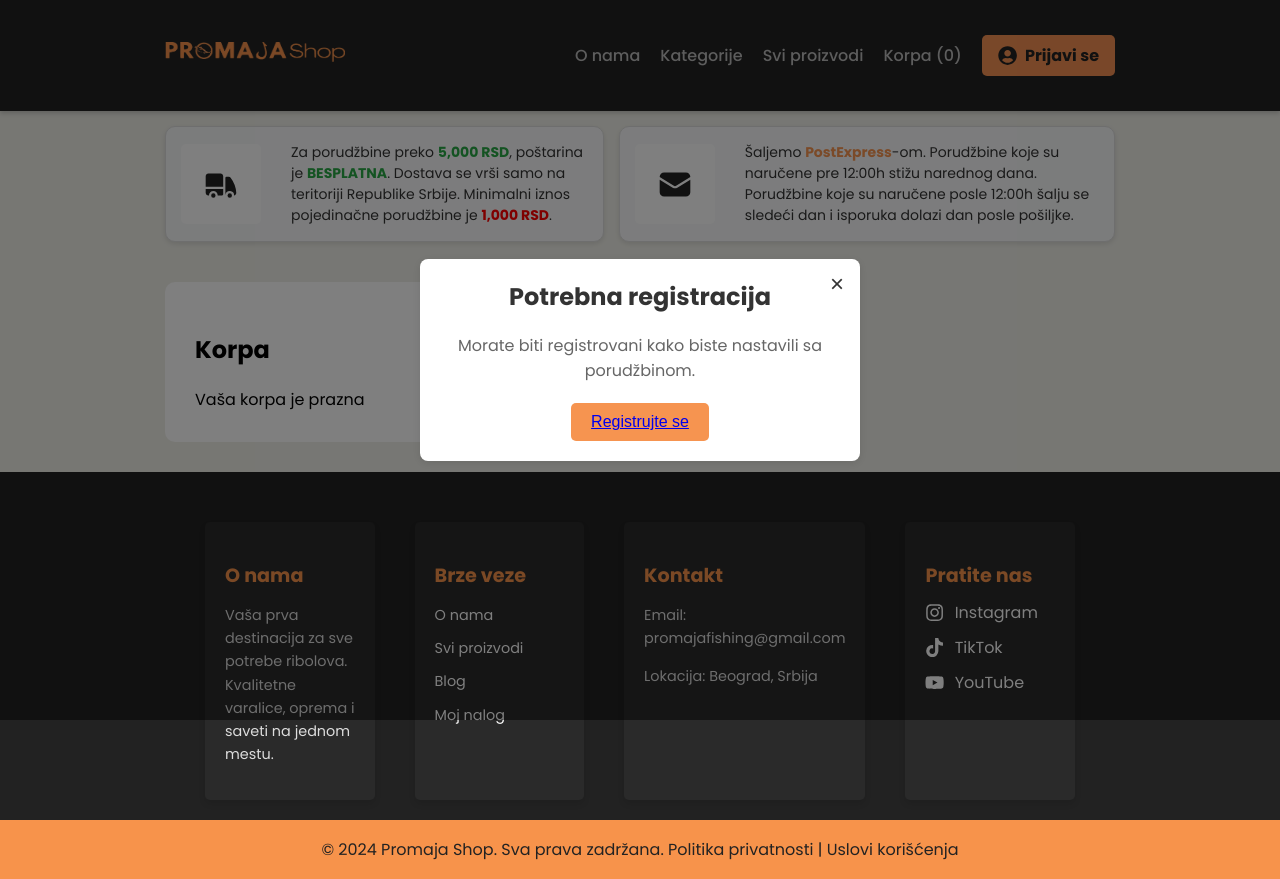
Repository: dimitrijekokovic/PromajaShopFront
Page: /cart
The author's editor kept a copy of each file at every save. The page is drawn from the files as they stood at one save, then again after the next save.
The browser window is 1280 px wide. The pictures show the whole page.
The page's requests for data from a server got no answer. The project was rebuilt for these pictures with package versions that can differ from the ones it lists, and the page was loaded fresh each time. The framework's server and built-in components were replaced by stand-ins that run in the browser. No one was signed in, and anything a server would have sent is missing. Also part of the build but not shown: next.config.js, next.config.mjs, lib/colors.js, components/Button.js, components/Table.js, components/Input.js.

Above is the page before, as saved 2025-02-20 14:50:03.

After the next save:
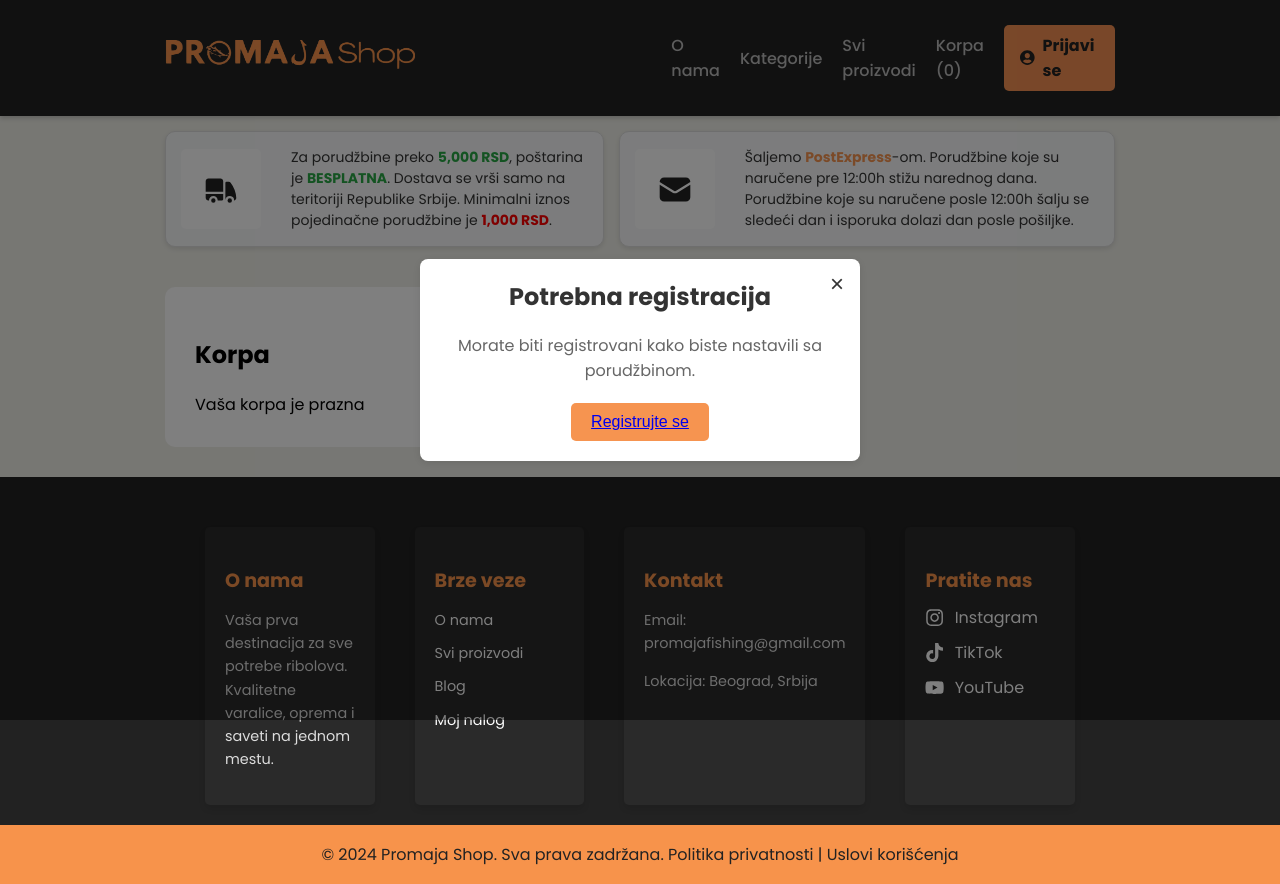
Saved 5 min 49 s later.
--- a/components/Header.js
+++ b/components/Header.js
@@ -4,13 +4,13 @@ import Center from "./Center";
 import Image from "next/image";
 import { CartContext } from "./CartContext";
 import { useContext, useState, useEffect } from "react";
-import { FaUserCircle, FaShoppingCart } from "react-icons/fa";
+import { FaUserCircle, FaShoppingCart, FaBars } from "react-icons/fa";
 import CategoriesDropdown from "./CategoriesDropdown";
 
 const StyledHeader = styled.header`
   background-color: #222;
   color: #FFA500;
-  padding: 35px 25px; /* Vraćena normalna veličina */
+  padding: 25px 30px; /* Vraćena normalna veličina */
   box-shadow: 0 2px 5px rgba(0, 0, 0, 0.2);
 `;
 
@@ -53,10 +53,6 @@ const NavLink = styled(Link)`
   &:hover {
     color: #fff;
   }
-
-  @media (max-width: 768px) {
-    display: none; /* Sakrivamo Korpu samo na telefonima */
-  }
 `;
 
 const LoginButton = styled(Link)`
@@ -100,7 +96,14 @@ const HamburgerMenu = styled.div`
   }
 `;
 
-/* Dodali smo poseban div za mobilnu korpu da ne bude u logou */
+const MobileHeaderWrapper = styled.div`
+  display: flex;
+  align-items: center;
+  justify-content: space-between;
+  width: 100%;
+`;
+
+/* Ikonica korpe na telefonu - više nije preko logotipa */
 const MobileCartWrapper = styled.div`
   display: none;
 
@@ -108,6 +111,8 @@ const MobileCartWrapper = styled.div`
     display: flex;
     position: absolute;
     left: 15px;
+    top: 50%;
+    transform: translateY(-50%);
   }
 `;
 
@@ -119,10 +124,10 @@ const MobileCartIcon = styled(Link)`
 `;
 
 const LogoWrapper = styled.div`
-  max-width: 180px; /* Vraćena normalna veličina */
-
-  @media (max-width: 768px) {
-    max-width: 140px;
+  max-width: 250px; /* Vraćena normalna veličina na desktop */
+
+  @media (max-width: 768px) {
+    max-width: 160px;
   }
 
   img {
@@ -145,40 +150,40 @@ export default function Header() {
     <StyledHeader>
       <Center>
         <Wrapper>
-          {/* Mobilna Korpa - Premestili smo je van logotipa */}
-          <MobileCartWrapper>
-            <MobileCartIcon href="/cart">
-              <FaShoppingCart />
-            </MobileCartIcon>
-          </MobileCartWrapper>
-
-          {/* Logo */}
-          <Link href="/">
-            <LogoWrapper>
-              <Image
-                src="/logo.png"
-                alt="PromajaShop Logo"
-                width={240}
-                height={40}
-                priority
-              />
-            </LogoWrapper>
-          </Link>
-
-          {/* Hamburger meni */}
-          <HamburgerMenu onClick={() => setMenuOpen(!menuOpen)}>
-            <div />
-            <div />
-            <div />
-          </HamburgerMenu>
+          <MobileHeaderWrapper>
+            {/* Mobilna Korpa - Premestili smo je van logotipa */}
+            <MobileCartWrapper>
+              <MobileCartIcon href="/cart">
+                <FaShoppingCart />
+              </MobileCartIcon>
+            </MobileCartWrapper>
+
+            {/* Logo */}
+            <Link href="/">
+              <LogoWrapper>
+                <Image
+                  src="/logo.png"
+                  alt="PromajaShop Logo"
+                  width={250}
+                  height={50}
+                  priority
+                />
+              </LogoWrapper>
+            </Link>
+
+            {/* Hamburger meni */}
+            <HamburgerMenu onClick={() => setMenuOpen(!menuOpen)}>
+              <div />
+              <div />
+              <div />
+            </HamburgerMenu>
+          </MobileHeaderWrapper>
 
           {/* Navigacija */}
           <StyledNav open={menuOpen}>
             <NavLink href="/aboutus">O nama</NavLink>
             <CategoriesDropdown />
             <NavLink href="/products">Svi proizvodi</NavLink>
-
-            {/* Vraćena korpa na desktop verziji */}
             <NavLink href="/cart">Korpa ({cartProducts?.length || 0})</NavLink>
 
             {isLoggedIn ? (
